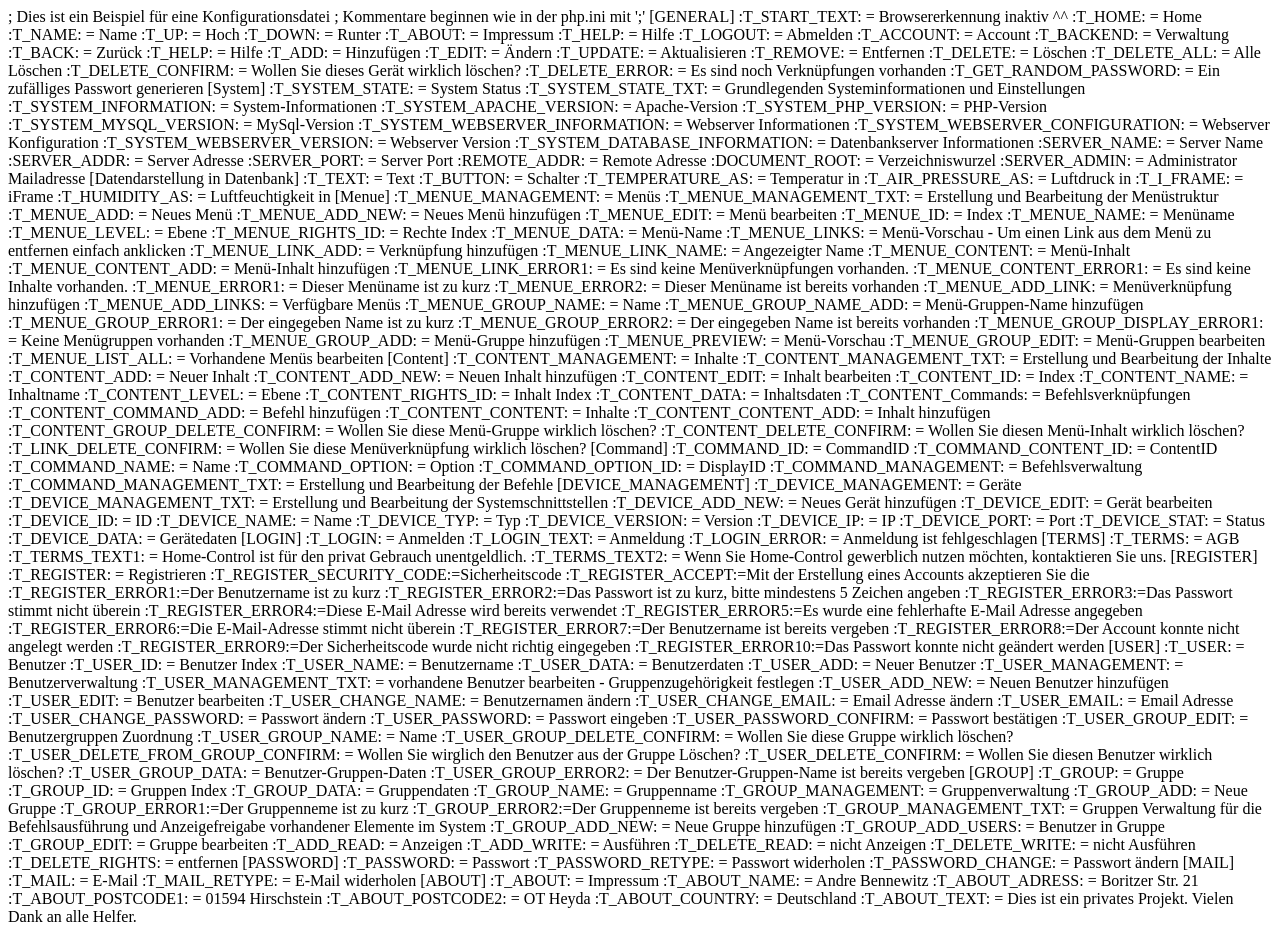
Repository: 0xF3ERROR/Home-Control
Page: http://localhost/language/lang_Ger.php
These files come from the project's save history. The page is drawn as it stood at one moment and after the next save; the edit follows.
The browser window is 1280 px wide. The pictures show the whole page.
The page is run by PHP 8.4 with error messages shown; the project is at /var/www/html/.

Above is the page before, as saved 2012-09-16 16:12:11.

After the next save:
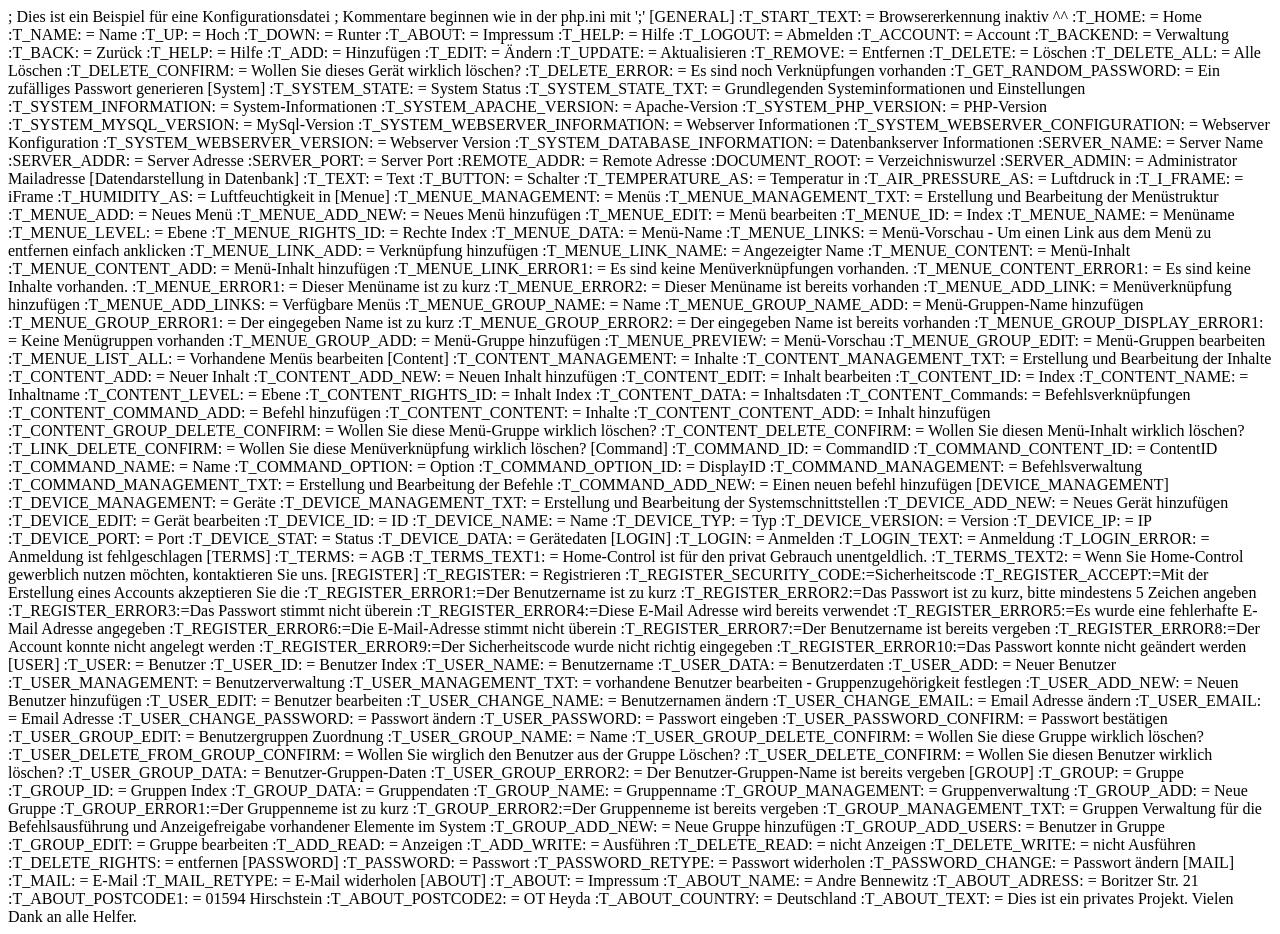
Saved 47 s later.
--- a/Source/language/lang_Ger.php
+++ b/Source/language/lang_Ger.php
@@ -119,6 +119,9 @@
 :T_COMMAND_OPTION_ID: = DisplayID
 :T_COMMAND_MANAGEMENT: = Befehlsverwaltung
 :T_COMMAND_MANAGEMENT_TXT: = Erstellung und Bearbeitung der Befehle
+:T_COMMAND_ADD_NEW: = Einen neuen befehl hinzufügen
+
+
 
 [DEVICE_MANAGEMENT]
 :T_DEVICE_MANAGEMENT: = Geräte
